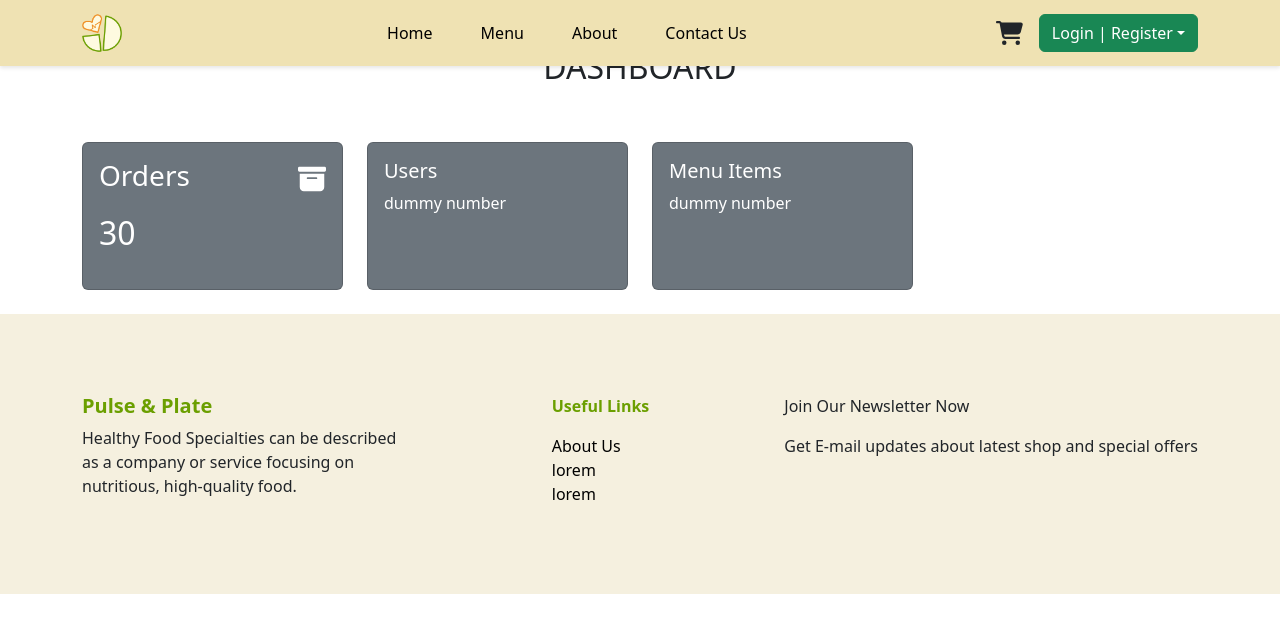
Repository: zeinawady/Pulse-and-Plate
Page: /dashboard
The author's editor kept a copy of each file at every save. The page is drawn from the files as they stood at one save, then again after a run of saves.
The browser window is 1280 px wide. The pictures show the whole page.
The project was rebuilt for these pictures with package versions that can differ from the ones it lists, and the page was loaded fresh each time. Also part of the build but not shown: src/components/Main/Main.css, src/components/Main/Main.js, src/components/Menu/MealCard.css, src/components/Menu/MealCard.js, src/components/Menu/Categories.css, src/components/Menu/Categories.js, src/components/Menu/Menu.css, src/components/Menu/Menu.js and 21 more.

Above is the page before, as saved 2025-05-15 18:54:17.

After the next 2 saves:
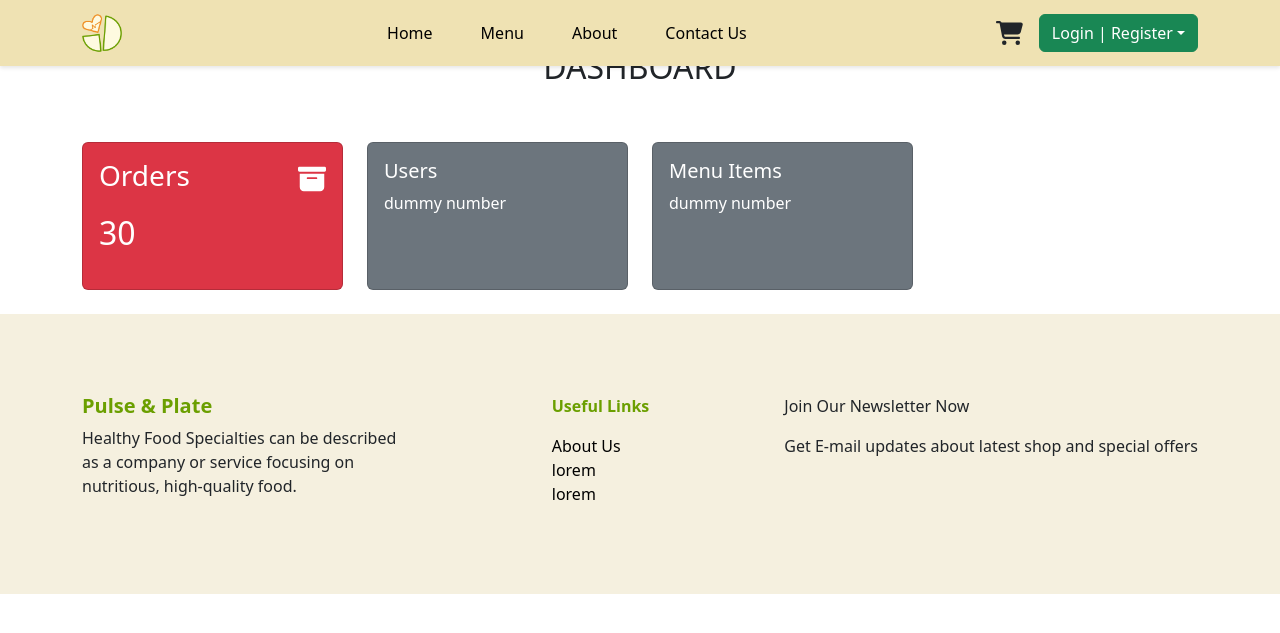
The 2 saves are shown as one change because they came seconds apart.
The last was saved 10 s later.
--- a/src/components/Dashboard/Dashboard.js
+++ b/src/components/Dashboard/Dashboard.js
@@ -10,7 +10,7 @@ export default function Dashboard() {
       <div className="row mb-4">
 
         <div className="col-md-3 col-sm-6">
-          <div className="card text-white bg-secondary h-100">
+          <div className="card text-white bg-danger h-100">
             <div className="card-body">
               <div className="card-inner">
                 <div className="card-title d-flex justify-content-between">
